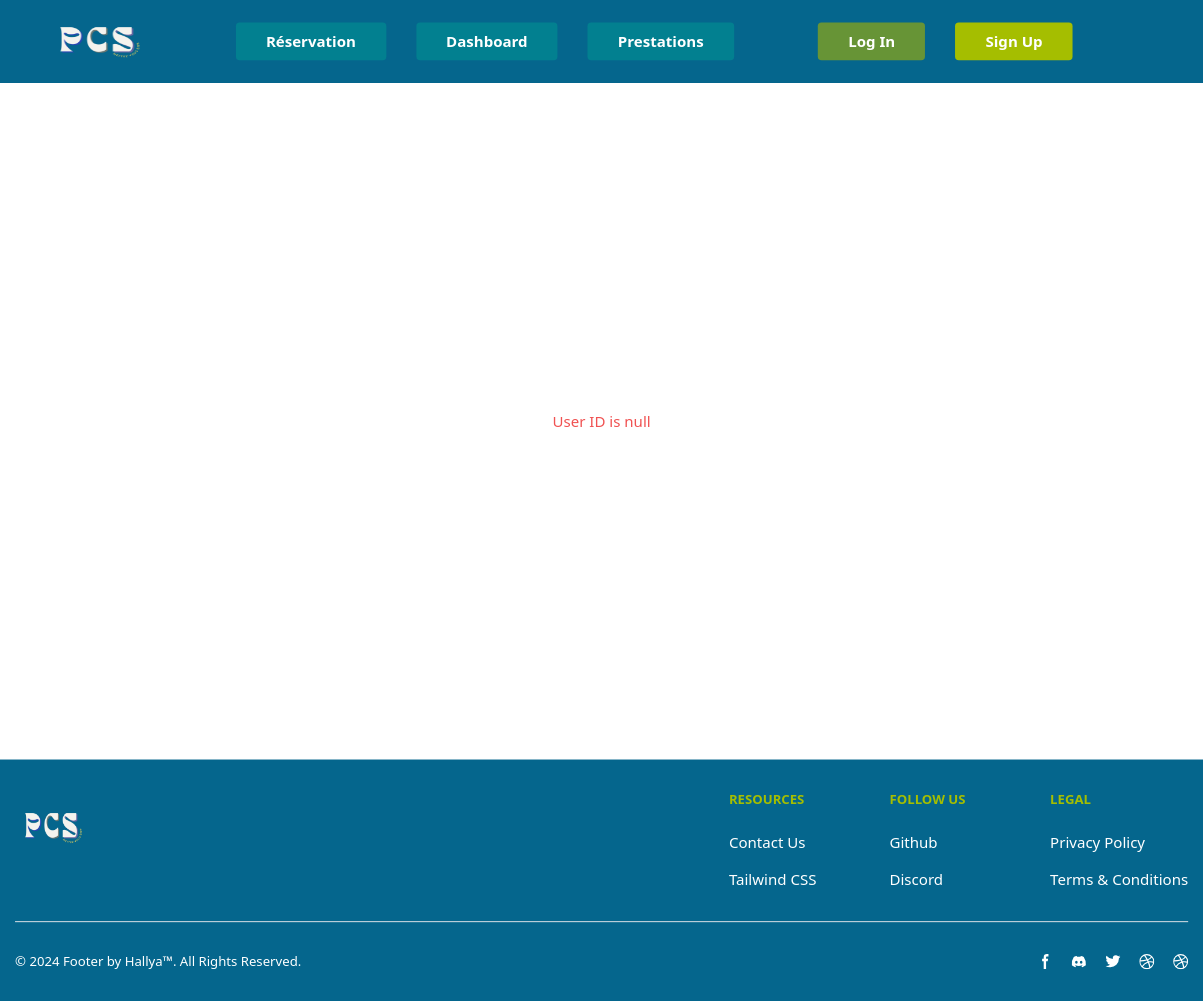
Repository: HATTOUNGBRE/ProjetAnnuel2
Page: /account (app in FRONT/)
The author's editor kept a copy of each file at every save. The page is drawn from the files as they stood at one save, then again after the next save.
The browser window is 1280 px wide. The pictures show the whole page, at 94% of full size.
The project was rebuilt for these pictures with package versions that can differ from the ones it lists, and the page was loaded fresh each time. Also part of the build but not shown: FRONT/vite.config.js, FRONT/src/components/Main.jsx, FRONT/src/components/Contact.jsx, FRONT/src/components/CatUser.jsx, FRONT/src/components/Login.jsx, FRONT/src/components/Inscription.jsx, FRONT/src/components/dashboard/VoyageurDashboard.jsx, FRONT/src/components/proprio/EditProduct.jsx and 11 more.

Above is the page before, as saved 2024-06-21 15:42:53.

After the next save:
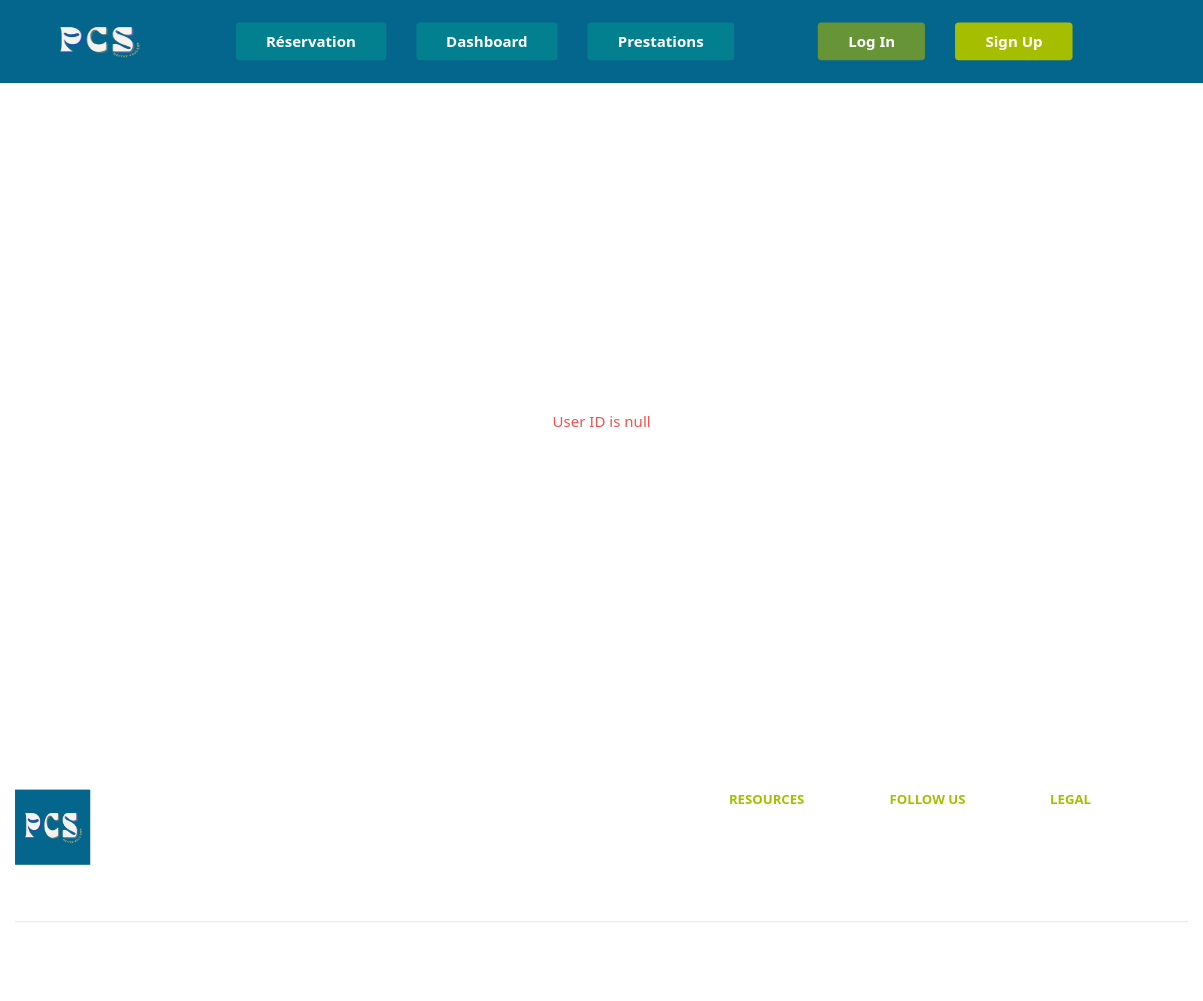
Saved 42 s later.
--- a/FRONT/src/components/Footer.jsx
+++ b/FRONT/src/components/Footer.jsx
@@ -3,7 +3,6 @@
 
 function Footer() {
   return (
-    <footer className="bg-pcs-200 dark:bg-gray-900 mt-auto bottom-0 static">
       <div className="mx-auto w-full max-w-screen-xl p-4 py-6 lg:py-8">
         <div className="md:flex md:justify-between">
           <div className="mb-6 md:mb-0">
@@ -84,7 +83,6 @@
           </div>
         </div>
       </div>
-    </footer>
   );
 }
 

After the save that followed:
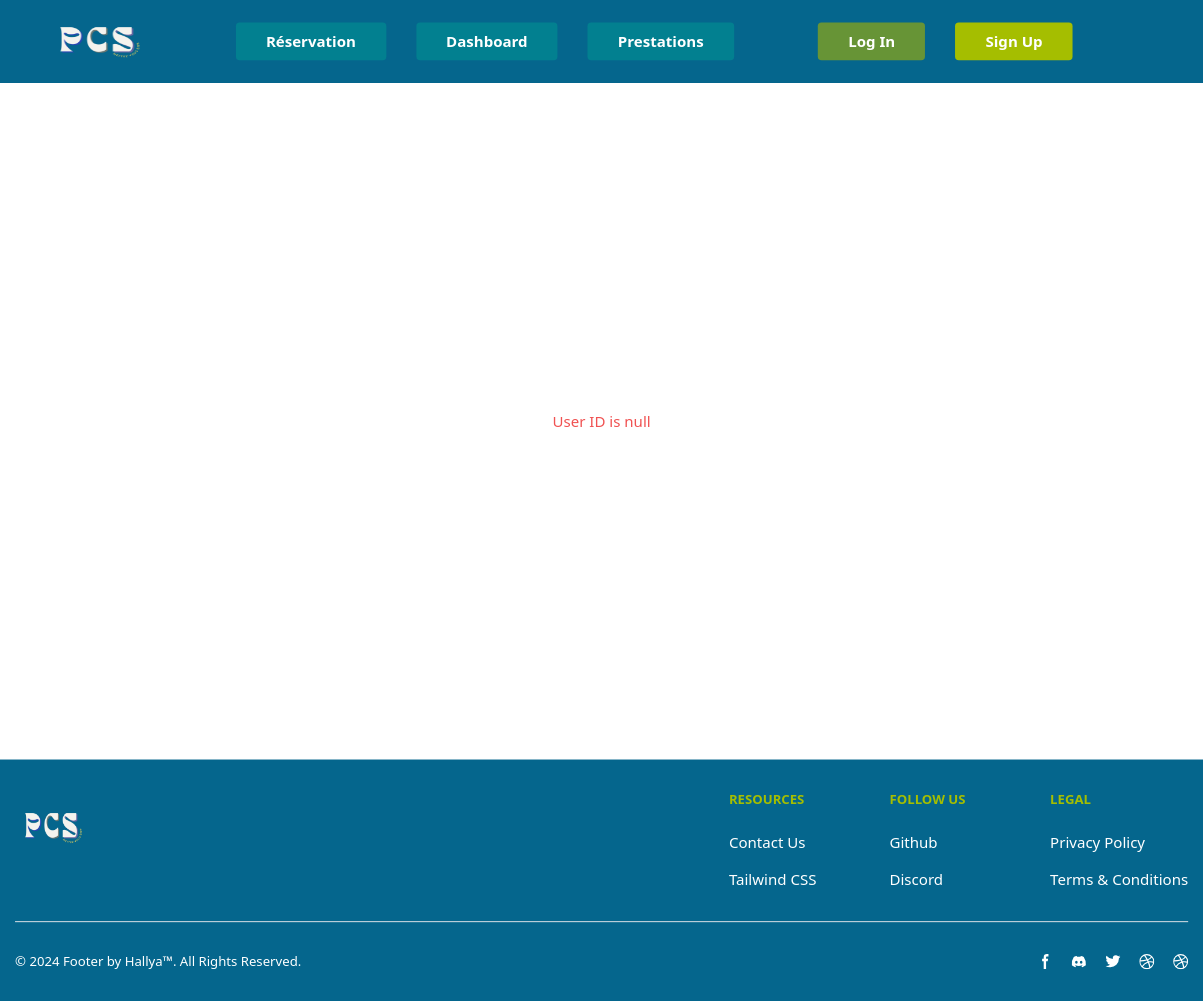
Saved 9 s later.
--- a/FRONT/src/components/Footer.jsx
+++ b/FRONT/src/components/Footer.jsx
@@ -3,6 +3,7 @@
 
 function Footer() {
   return (
+    <footer className="bg-pcs-200 dark:bg-gray-900 mt-auto bottom-0 static">
       <div className="mx-auto w-full max-w-screen-xl p-4 py-6 lg:py-8">
         <div className="md:flex md:justify-between">
           <div className="mb-6 md:mb-0">
@@ -83,6 +84,7 @@
           </div>
         </div>
       </div>
+    </footer>
   );
 }
 
